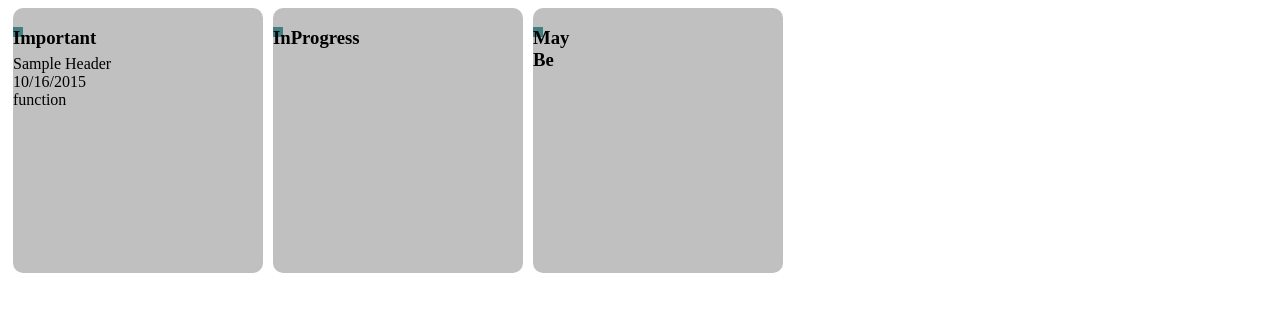
Repository: TharanyaM/Adaptavant--project
Page: Jdo/war/todo.html
These files come from the project's save history. The page is drawn as it stood at one moment and after the next save; the edit follows.
The browser window is 1280 px wide. The pictures show the whole page.

Above is the page before, as saved 2015-10-16 12:11:03.

After the next save:
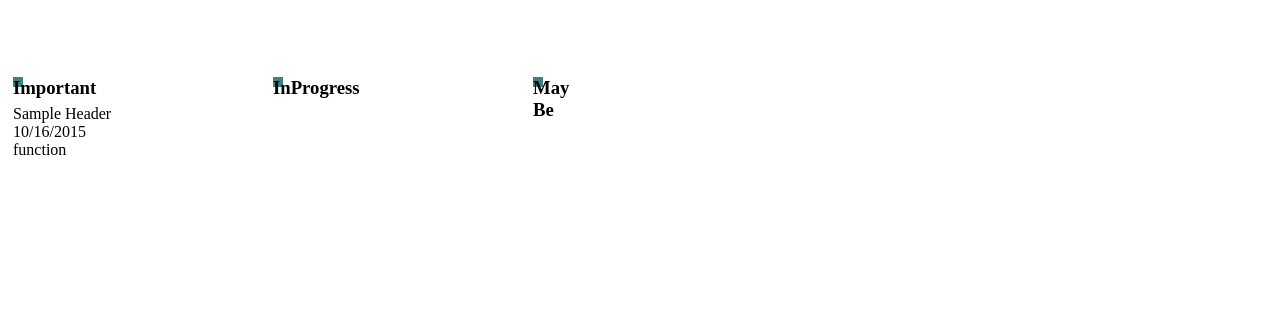
Saved 2 min 53 s later.
--- a/Jdo/war/style.css
+++ b/Jdo/war/style.css
@@ -2,9 +2,8 @@
   width: 250px;
   height:250px;
   float: left;
-  margin-top:50px;
-  margin: 0 5px;
-  background-color: #c0c0c0;
+  margin: 50px 5px;
+  background-color: #ffffff;
   min-height: 240px;
   border-radius: 10px;
   padding-bottom: 15px;
